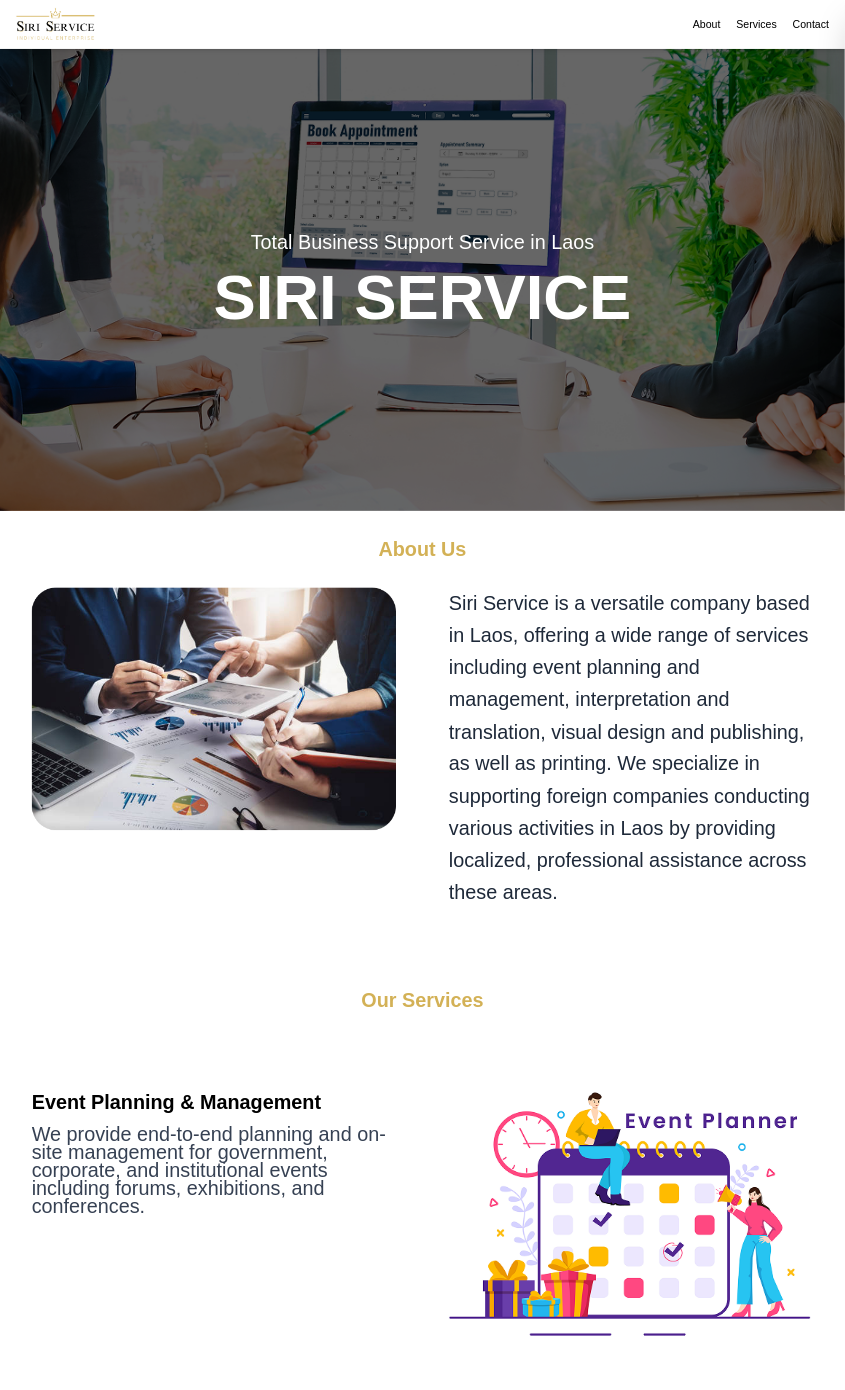
Repository: Phailin-teamplate/siri-service-web
Page: /
The author's editor kept a copy of each file at every save. The page is drawn from the files as they stood at one save, then again after the next save.
The browser window is 1280 px wide. The pictures show the whole page, at 66% of full size.
The project was rebuilt for these pictures with package versions that can differ from the ones it lists, and the page was loaded fresh each time. The framework's server and built-in components were replaced by stand-ins that run in the browser. Also part of the build but not shown: next.config.ts.

Above is the page before, as saved 2025-07-02 14:50:36.

After the next save:
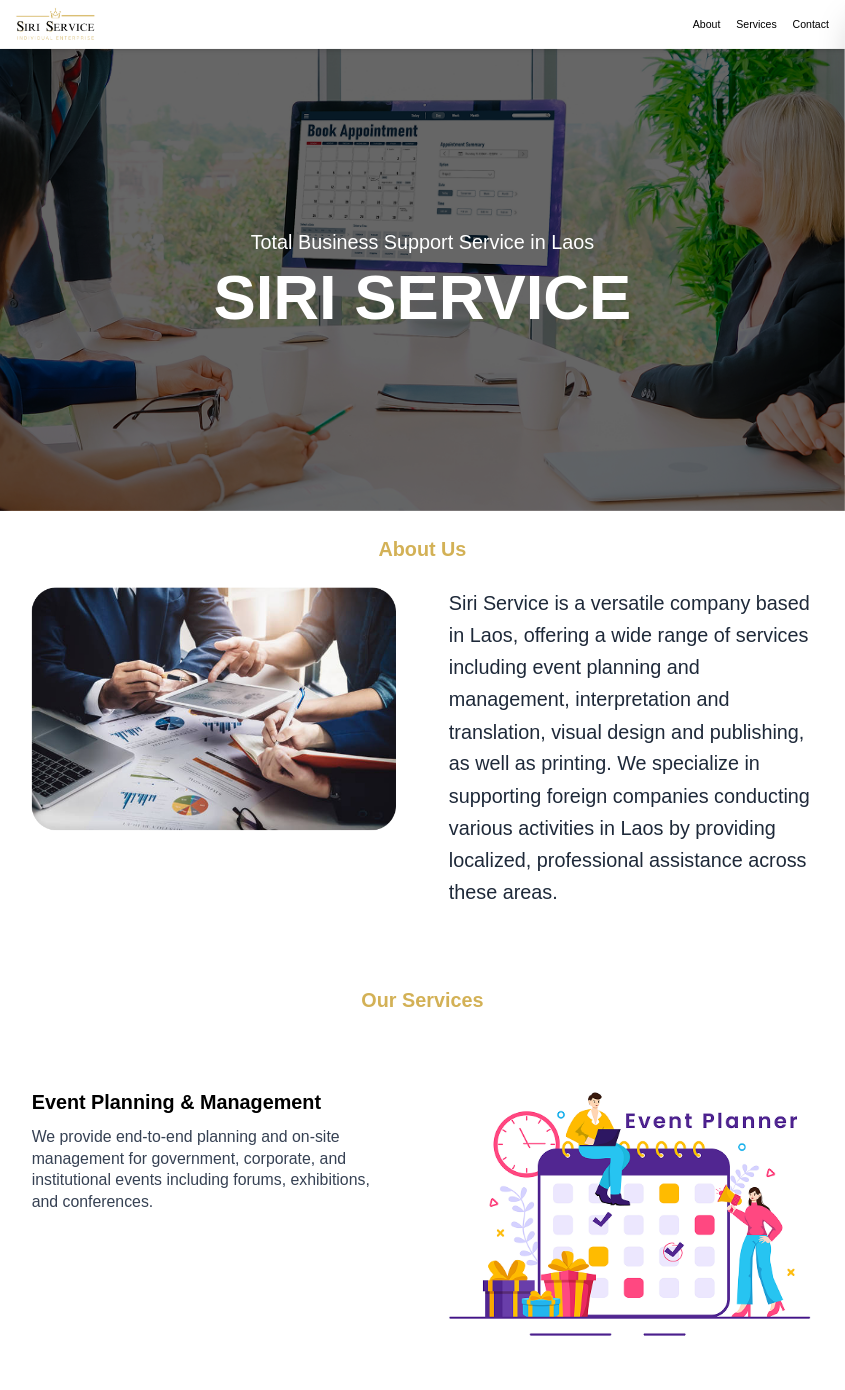
Saved 37 s later.
--- a/src/components/Service.tsx
+++ b/src/components/Service.tsx
@@ -27,13 +27,7 @@
           <h1 className="text-black text-3xl sm:text-3xl font-semibold mb-4">
             Event Planning & Management
           </h1>
-       <p
-  className="text-gray-700 text-3xl font-medium leading-relaxed overflow-hidden"
-  style={{
-    maxHeight: "8.5rem", // ประมาณ 5 บรรทัด (1.7rem * 5)
-    lineHeight: "1.7rem",
-  }}
->
+      <p className="text-gray-700 text-2xl font-medium leading-snug h-[9rem] overflow-hidden">
   We provide end-to-end planning and on-site management for
   government, corporate, and institutional events including forums,
   exhibitions, and conferences.
